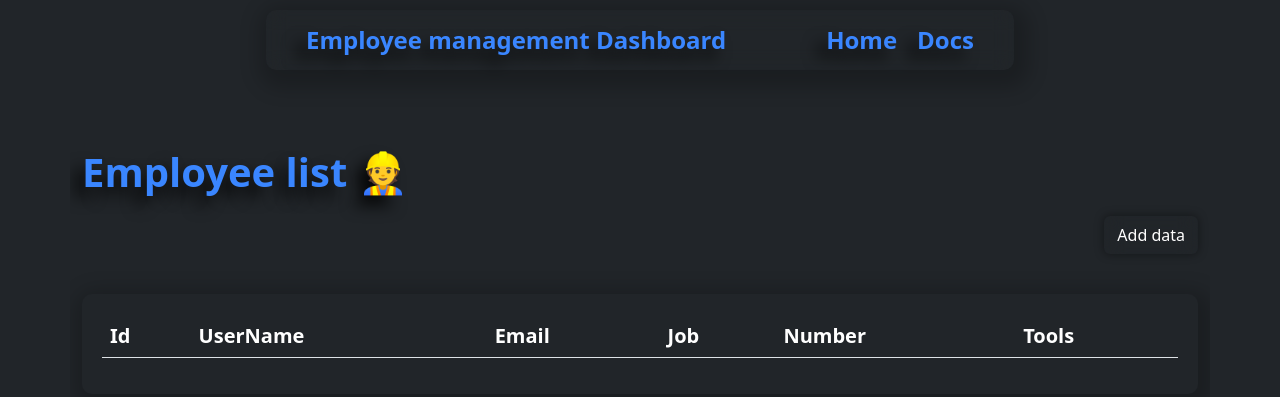
Repository: iamevs/Employee-Management-System
Page: /home (app in client/)
An editor plug-in stored every save of this project. The page is shown before and after the next save, followed by the edit.
The browser window is 1280 px wide. The pictures show the whole page.
The page's requests for data from a server got no answer. The project was rebuilt for these pictures with package versions that can differ from the ones it lists, and the page was loaded fresh each time. No one was signed in, and anything a server would have sent is missing. Also part of the build but not shown: client/vite.config.js, client/src/components/Register.jsx, client/src/components/Edit.jsx, client/src/components/Hero.jsx. Imported but missing from the stored project, and not drawn on this page: client/src/components/Details.

Above is the page before, as saved 2022-11-29 00:31:08.

After the next save:
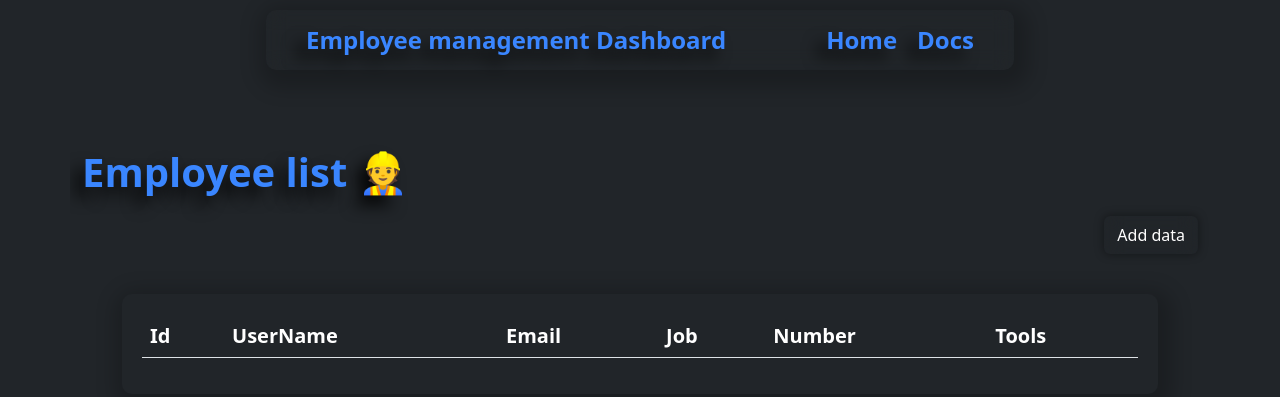
Saved 22 s later.
--- a/client/src/components/Home.jsx
+++ b/client/src/components/Home.jsx
@@ -128,7 +128,7 @@ const Home = () => {
                         borderRadius: "10px",
                         padding: "20px",
                         height: "auto",
-                        margin: "40px 0 40px 0"
+                        margin: "40px"
                     }}>
                         <table class="table">
                             <thead>
